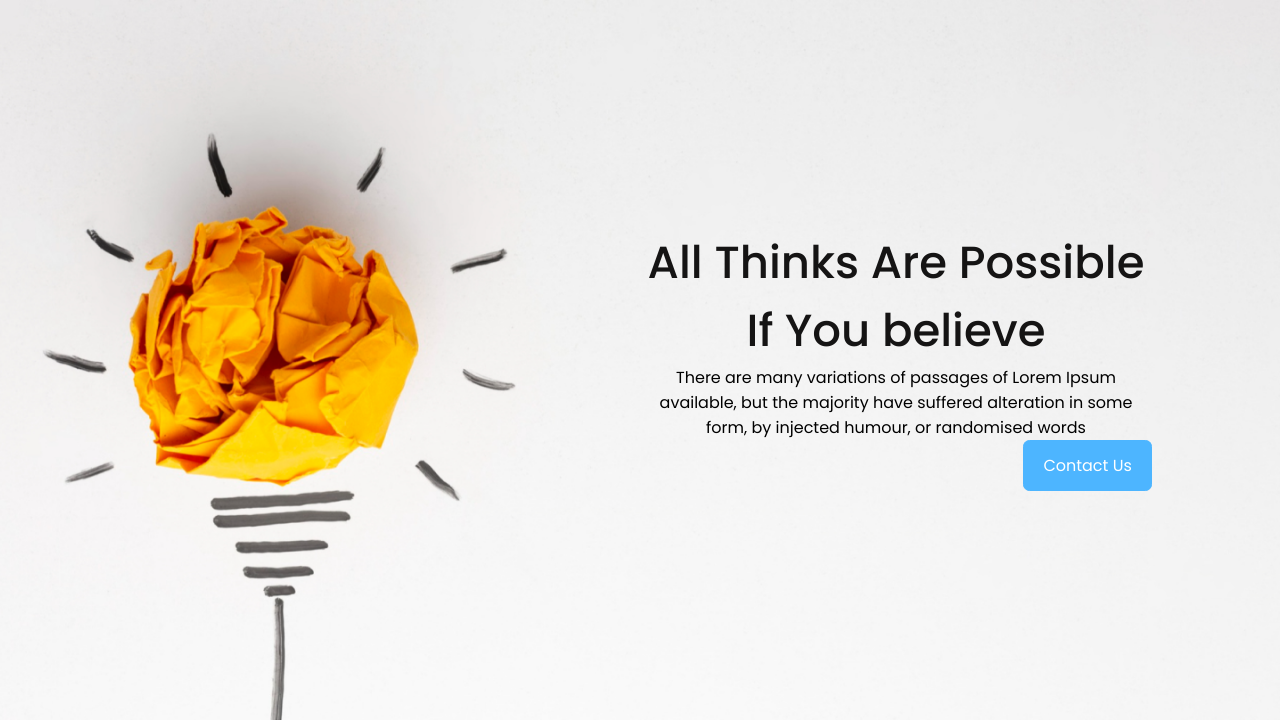
Repository: mdrubel02/new-year-new-mission
Page: index.html
These files come from the project's save history. The page is drawn as it stood at one moment and after the next save; the edit follows.
The browser window is 1280 px wide. The pictures show the whole page.

Above is the page before, as saved 2023-01-06 22:25:42.

After the next save:
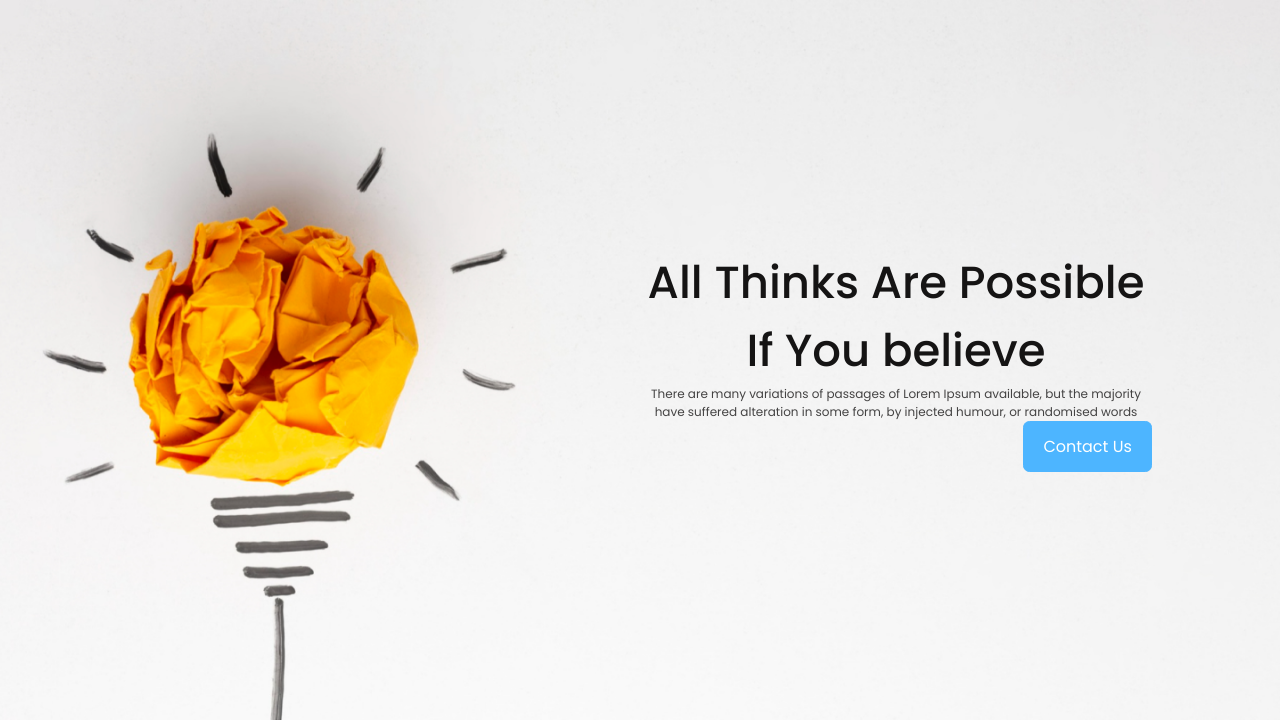
Saved 85 s later.
--- a/index.css
+++ b/index.css
@@ -92,3 +92,7 @@ a:hover {
     font-size: 45px;
     color: #151414;
 }
+.banner p{
+    color: #444343;
+    font-size: 12px;
+}
